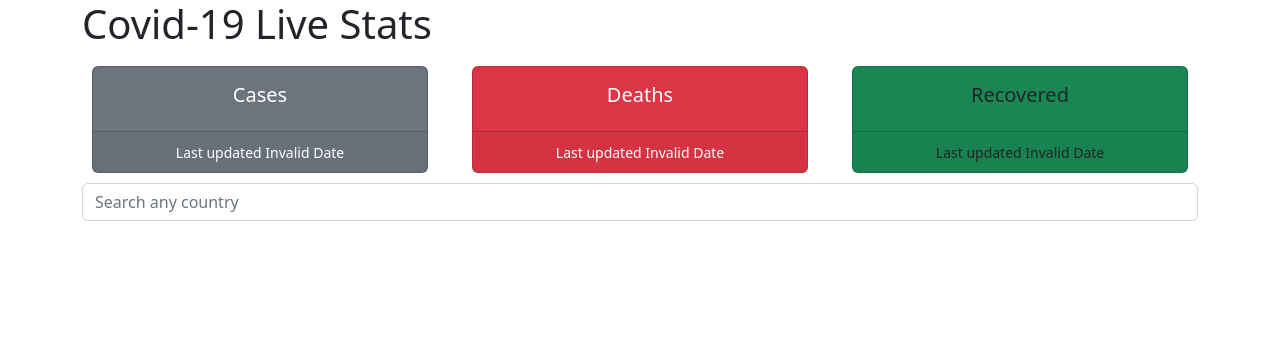
Repository: azizdeghais/CovidTracker
Page: /
These files come from the project's save history. The page is drawn as it stood at one moment and after a run of saves; the edit follows.
The browser window is 1280 px wide. The pictures show the whole page.
The page's requests for data from a server got no answer. The project was rebuilt for these pictures with package versions that can differ from the ones it lists, and the page was loaded fresh each time. No one was signed in, and anything a server would have sent is missing. Also part of the build but not shown: vite.config.js.

Above is the page before, as saved 2023-03-09 16:35:25.

### index.html
<!DOCTYPE html>
<html lang="en">
  <head>
    <meta charset="UTF-8" />
    <link rel="icon" type="image/svg+xml" href="/vite.svg" />
    <meta name="viewport" content="width=device-width, initial-scale=1.0" />
    <title>Covid-19 Tracker</title>

  </head>
  <body>
    <div id="root"></div>
    <script type="module" src="/src/main.jsx"></script>
  </body>
</html>

### src/main.jsx
import React from 'react'
import ReactDOM from 'react-dom/client'
import App from './App'
import 'bootstrap/dist/css/bootstrap.min.css';


ReactDOM.createRoot(document.getElementById('root')).render(
  <React.StrictMode>
    <App />
  </React.StrictMode>,
)

### src/App.jsx
import React, { useEffect,useState } from 'react'
import axios from 'axios'
import Container from 'react-bootstrap/Container';
import Row from 'react-bootstrap/Row';
import Col from 'react-bootstrap/Col';
import Card from 'react-bootstrap/Card';
import Stack from 'react-bootstrap/Stack';
import Form from 'react-bootstrap/Form';

import './App.css'


function App() {

  const [latest,setLatest]=useState([])
  const [results,setResults]=useState([])
  const [searchCountries,setSearchCountries]=useState('')


  useEffect(()=>{
    axios.all([
      axios.get('https://corona.lmao.ninja/v3/covid-19/all'),
      axios.get('https://corona.lmao.ninja/v3/covid-19/countries')
  ])

    .then(resArr=>{
           setLatest(resArr[0].data)
           setResults(resArr[1].data)
    })
    .catch(err=>{
      console.log(err)
    })
  },[])

  const date=new Date(parseInt(latest.updated));
  const lastUpdated=date.toString();

  const filterCountries=results.filter(item=>{
    return searchCountries !== ''
     ? item.country.includes(searchCountries)
     : item
   })

   const countries = filterCountries.map((data,i)=>{
    return (
      <Card
      key={i}
      bg='light'
      text='dark'
      className='text-center'
      style={{margin:'10px'}}
      >
        <Card.Img variant='top' src={data.countryInfo.flag} />
      <Card.Body>
        <Card.Title>{data.country}</Card.Title>
        <Card.Text>Cases: {data.cases}</Card.Text>
        <Card.Text>Deaths: {data.deaths}</Card.Text>
        <Card.Text>Recovered: {data.recovered}</Card.Text>
        <Card.Text>Today's cases: {data.todayCases}</Card.Text>
        <Card.Text>Today's deaths: {data.todayDeaths}</Card.Text>
        <Card.Text>Active {data.active}</Card.Text>


      </Card.Body>

      </Card>

    )
   })




  return (
    <Container>
      <h1>Covid-19 Live Stats</h1>
      <Row >
        <Col>
          <Card className='text-center' bg='secondary' text='white' style={{margin:'10px'}} >
            <Card.Body>
              <Card.Title>Cases</Card.Title>
              <Card.Text>
                {latest.cases}
              </Card.Text>
            </Card.Body>
            <Card.Footer>
              <small>Last updated {lastUpdated}</small>
            </Card.Footer>
          </Card>
        </Col>
        <Col>
          <Card className='text-center' bg='danger' text='white' style={{margin:'10px'}}>
            <Card.Body>
              <Card.Title>Deaths</Card.Title>
              <Card.Text>
                {latest.deaths}
              </Card.Text>
            </Card.Body>
            <Card.Footer>
            <small>Last updated {lastUpdated}</small>

            </Card.Footer>
          </Card>
        </Col>
        <Col>
          <Card className='text-center' bg='success' style={{margin:'10px'}} >
            <Card.Body>
              <Card.Title>Recovered</Card.Title>
              <Card.Text>
               {latest.recovered}
              </Card.Text>
            </Card.Body>
            <Card.Footer>
            <small>Last updated {lastUpdated}</small>

            </Card.Footer>
          </Card>
        </Col>
      </Row>
      <Form>
      <Form.Group >
        <Form.Control
         type='text'
         placeholder='Search any country'
         onChange={e=> setSearchCountries(e.target.value)} />
      </Form.Group>
      </Form>
      <div className='countries-list'>
      {countries}
      </div>


    </Container>
  )
}

export default App

### src/App.css
.countries-list{
    display:flex;
    flex-direction:row;
    width: '1000px';
    flex-wrap: wrap;
    justify-content: space-between;
}

After the next 3 saves:
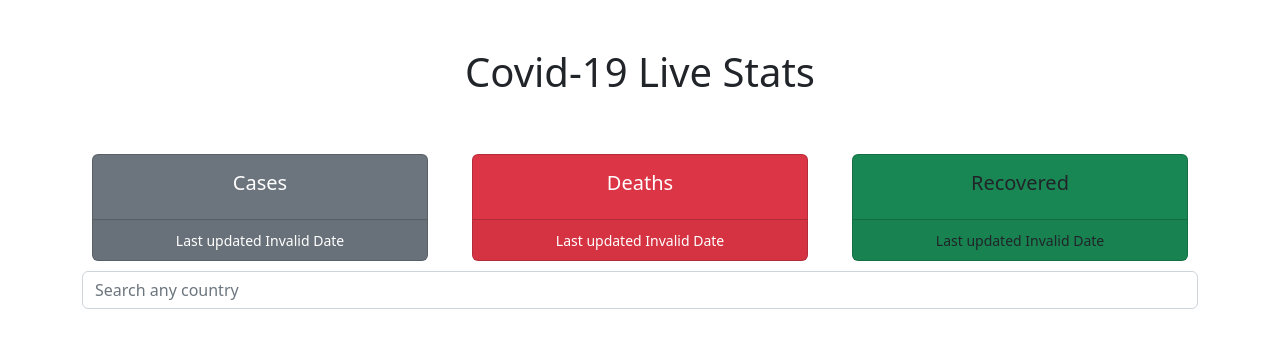
The 3 saves are shown as one change because they came seconds apart.
The last was saved 14 s later.
--- a/src/App.jsx
+++ b/src/App.jsx
@@ -73,7 +73,7 @@ function App() {
 
   return (
     <Container>
-      <h1>Covid-19 Live Stats</h1>
+      <h1 className='text-center mb-5 mt-5'>Covid-19 Live Stats</h1>
       <Row >
         <Col>
           <Card className='text-center' bg='secondary' text='white' style={{margin:'10px'}} >
